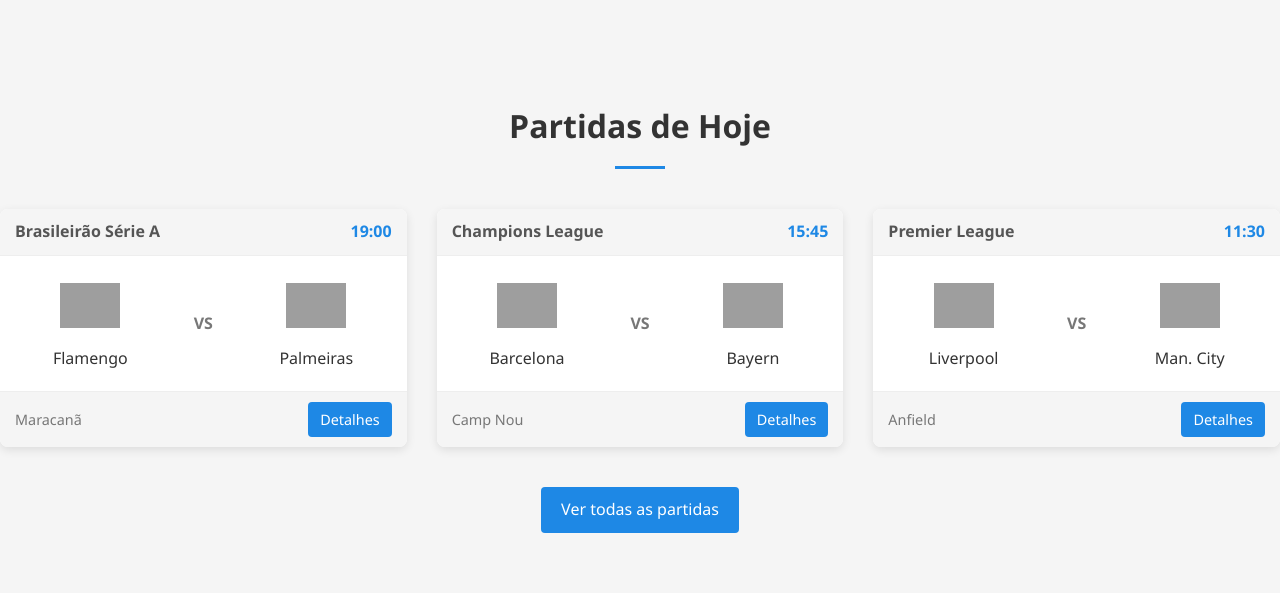
Repository: andreGattermeyer/noticias-futebol-angular
Page: / (app in projeto-fut/)
These files come from the project's save history. The page is drawn as it stood at one moment and after a run of saves; the edit follows.
The browser window is 1280 px wide. The pictures show the part of the page from y = 580 to 1342 px (the page is 1173 px tall before and 1965 px after).
Pictures or frames that could not be fetched are drawn as grey boxes. The project was rebuilt for these pictures with package versions that can differ from the ones it lists, and the page was loaded fresh each time. Also part of the build but not shown: projeto-fut/angular.json, projeto-fut/src/app/footer/footer.component.ts, projeto-fut/src/app/campeonatos-destaque/campeonatos-destaque.component.ts, projeto-fut/src/app/partidas/partidas.component.ts.

Above is the page before, as saved 2025-04-09 18:42:23.

After the next 5 saves:
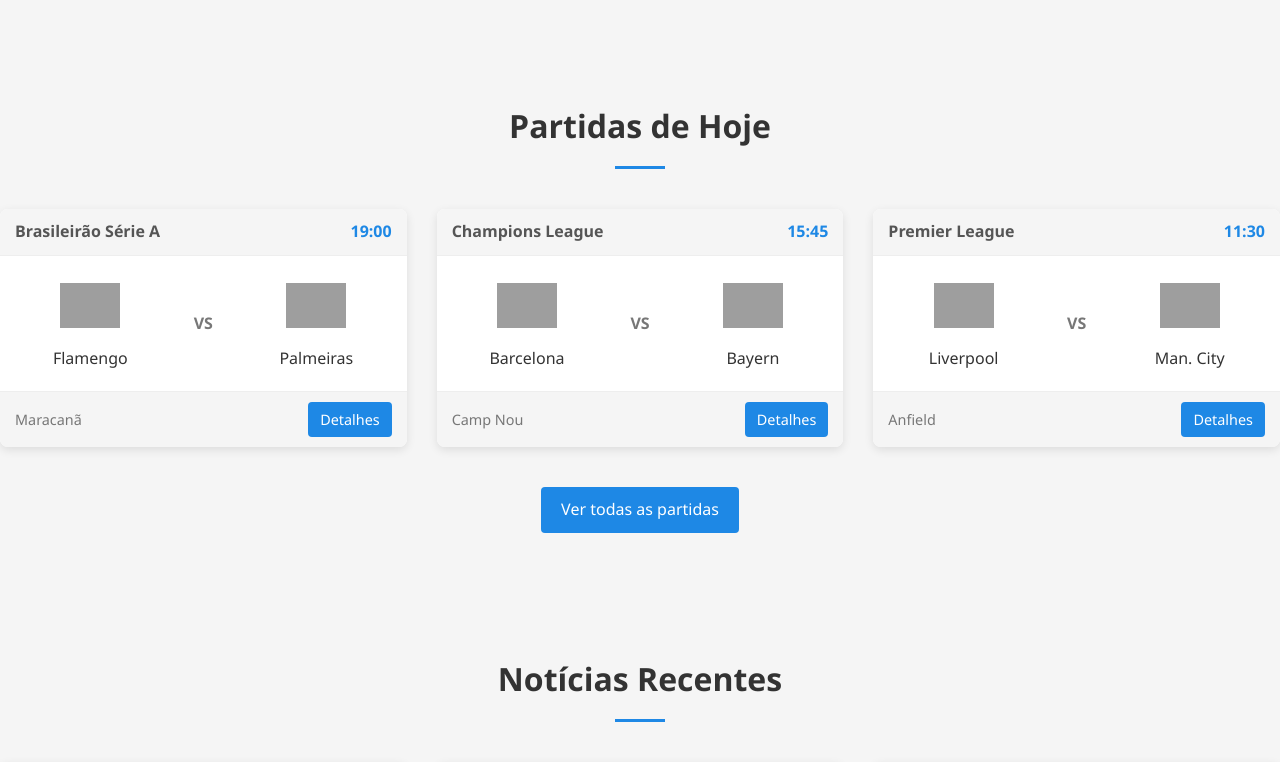
The 5 saves are shown as one change because 3 did not build or start and some came seconds apart.
The last was saved 38 s later.
--- a/projeto-fut/src/app/home/home.component.ts
+++ b/projeto-fut/src/app/home/home.component.ts
@@ -2,10 +2,11 @@
 import { HeaderComponent } from "../header/header.component";
 import { PartidasHojeComponent } from "../partidas-hoje/partidas-hoje.component";
 import { HeroComponent } from "../hero/hero.component";
+import { NoticiasRecentesComponent } from "../noticias-recentes/noticias-recentes.component";
 
 @Component({
   selector: 'app-home',
-  imports: [HeaderComponent, PartidasHojeComponent, HeroComponent],
+  imports: [HeaderComponent, PartidasHojeComponent, HeroComponent, NoticiasRecentesComponent],
   templateUrl: './home.component.html',
   styleUrl: './home.component.css'
 })
--- a/projeto-fut/src/app/home/home.component.html
+++ b/projeto-fut/src/app/home/home.component.html
@@ -1,3 +1,4 @@
 <app-header></app-header>
 <app-hero></app-hero>
 <app-partidas-hoje></app-partidas-hoje>
+<app-noticias-recentes></app-noticias-recentes>
